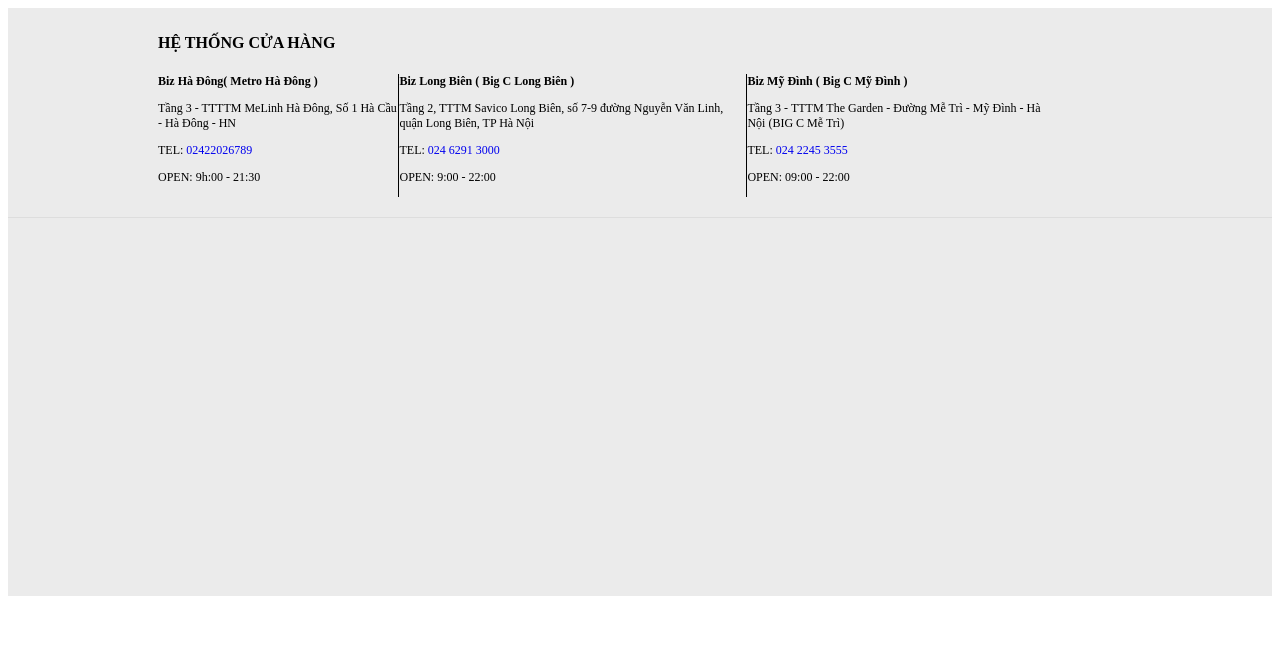
Repository: LongNguyen2504/T3H-FrondEnd
Page: lesson4_css_homework1.html
These files come from the project's save history. The page is drawn as it stood at one moment and after the next save; the edit follows.
The browser window is 1280 px wide. The pictures show the whole page.

Above is the page before, as saved 2021-12-04 20:48:21.

### lesson4_css_homework1.html
<!DOCTYPE html>
<html lang="en">
<head>
    <meta charset="UTF-8">
    <meta http-equiv="X-UA-Compatible" content="IE=edge">
    <meta name="viewport" content="width=device-width, initial-scale=1.0">
    <title>Document</title>
    <link rel="stylesheet" href="lesson4_css_homework1.css">
</head>
<body>
    <div class="top-div ancestor-div">
        <div class="row-div">
            <h4>HỆ THỐNG CỬA HÀNG</h4>
            <div class="row1-box-container">
                <div class="box1">
                    <strong>Biz Hà Đông( Metro Hà Đông )</strong>
                    <p>Tầng 3 - TTTTM MeLinh Hà Đông, Số 1 Hà Cầu - Hà Đông - HN</p>
                    <p>TEL: <a href="#1">02422026789</a></p>
                    <p>OPEN: 9h:00 - 21:30</p>
                </div>
                <div class="box2">
                    <strong>Biz Long Biên ( Big C Long Biên )</strong>
                    <p>Tầng 2, TTTM Savico Long Biên, số 7-9 đường Nguyễn Văn Linh, quận Long Biên, TP Hà Nội</p>
                    <p>TEL: <a href="#1">024 6291 3000</a></p>
                    <p>OPEN: 9:00 - 22:00</p>
                </div>
                <div class="box3">
                    <strong>Biz Mỹ Đình ( Big C Mỹ Đình )</strong>
                    <p>Tầng 3 - TTTM The Garden - Đường Mễ Trì - Mỹ Đình - Hà Nội (BIG C Mễ Trì)</p>
                    <p>TEL: <a href="#1">024 2245 3555</a></p>
                    <p>OPEN: 09:00 - 22:00</p>
                </div>
            </div>
        </div>
    </div>
    <div class="footer-div ancestor-div"></div>
</body>
</html>

### lesson4_css_homework1.css
*{
    box-sizing: border-box;
}
.ancestor-div{
    background-color: #ebebeb;
    justify-content: center;
    font-family: 'Times New Roman', Times, serif;

}
.top-div{
    width: 100%;
    height: 210px;
    border-bottom: 1px solid #dddddd;
    position: relative;

}
.footer-div{
    width: 100%;
    height: 378px;
}
.row-div{
    width: 70%;
    height: 200px;
    position: absolute;
    top: 5px;
    left: 150px;
}
.row1-box-container{
    display: flex;
    overflow: auto;

}
.box1{
    padding: auto;
    font-size: 12px;
    border-right: 1px solid black ;
}
.box2{
    padding: auto;
    font-size: 12px;
    border-right: 1px solid black ;
}
.box3{
    padding: auto;
    font-size: 12px;
}
a{
    text-decoration: none;
}

After the next save:
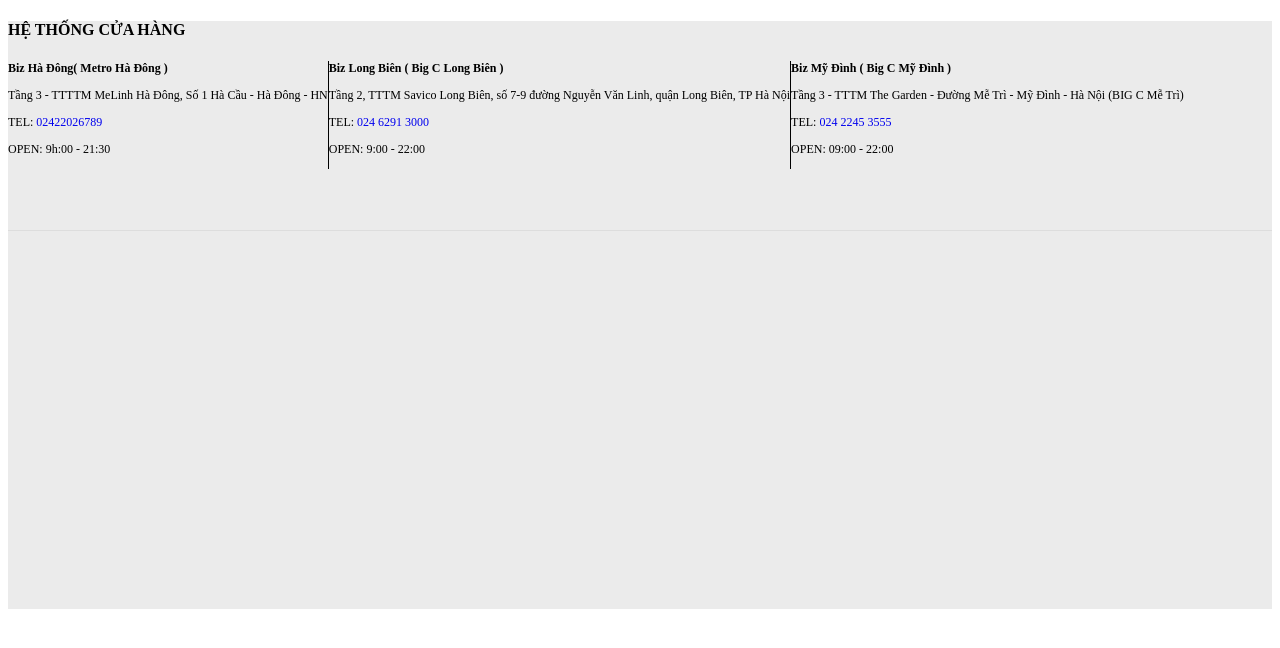
Saved 2 min 16 s later.
--- a/lesson4_css_homework1.css
+++ b/lesson4_css_homework1.css
@@ -14,11 +14,13 @@
     position: relative;
 
 }
+
 .footer-div{
     width: 100%;
     height: 378px;
+    position: relative;
 }
-.row-div{
+.row1-div{
     width: 70%;
     height: 200px;
     position: absolute;
@@ -46,4 +48,5 @@
 }
 a{
     text-decoration: none;
+
 }

After the save that followed:
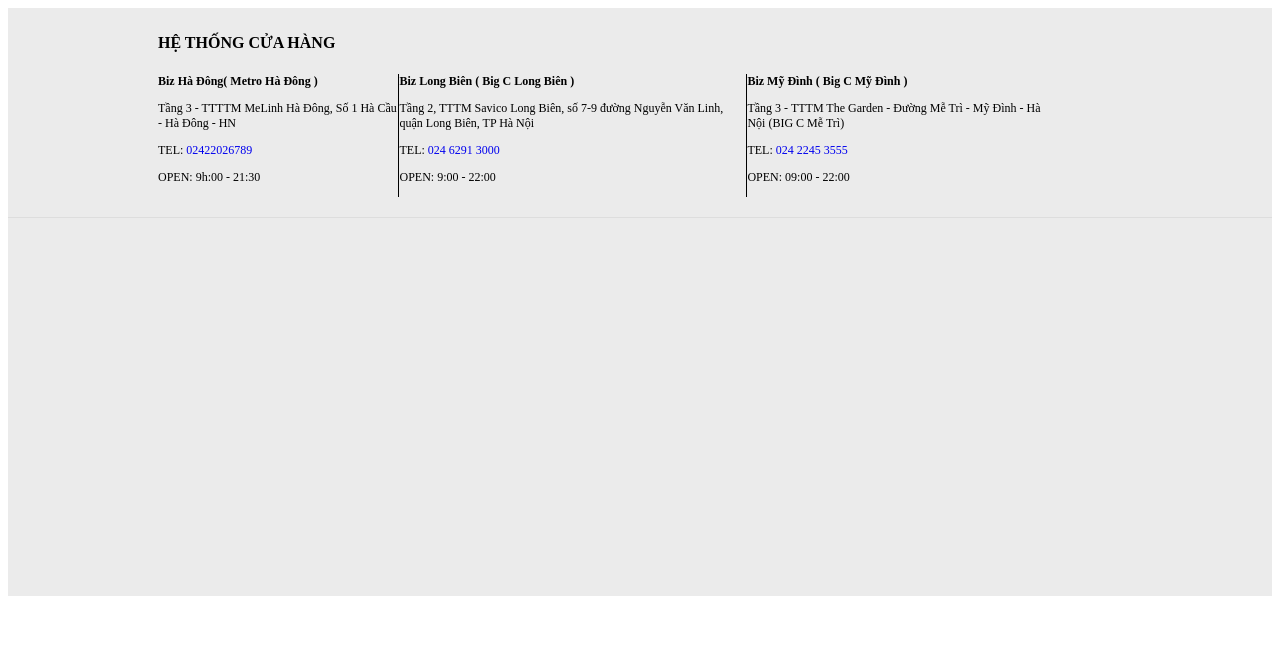
Saved 1 s later.
--- a/lesson4_css_homework1.html
+++ b/lesson4_css_homework1.html
@@ -9,7 +9,7 @@
 </head>
 <body>
     <div class="top-div ancestor-div">
-        <div class="row-div">
+        <div class="row1-div">
             <h4>HỆ THỐNG CỬA HÀNG</h4>
             <div class="row1-box-container">
                 <div class="box1">
